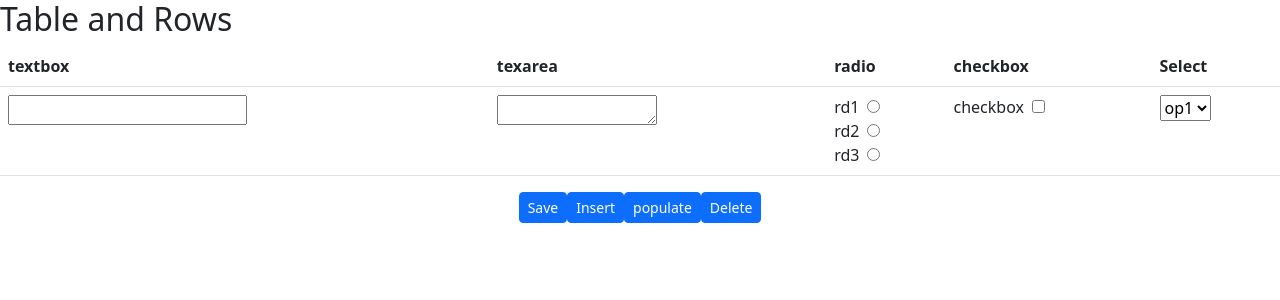
Repository: ishanbassi/iotasol-assignments
Page: /iotasol/work-8
These files come from the project's save history. The page is drawn as it stood at one moment and after the next save; the edit follows.
The browser window is 1280 px wide. The pictures show the whole page.
The project was rebuilt for these pictures with package versions that can differ from the ones it lists, and the page was loaded fresh each time. Some packages were replaced by stand-ins written for this rebuild. The framework's server and built-in components were replaced by stand-ins that run in the browser. Also part of the build but not shown: styles/global.css.

Above is the page before, as saved 2022-11-09 17:36:37.

### pages/_app.tsx
import "../styles/global.css"
import 'bootstrap/dist/css/bootstrap.min.css';
export default function App({Component,ComponentProps}){
    return(
        <Component {...ComponentProps}/>
    )
}

### pages/iotasol/work-8.tsx
import { Table, Button } from "react-bootstrap"
import { useState } from "react"
export default function App() {
    const [count, setCount] = useState(1)
    return (
        <>
            <h2>Table and Rows</h2>
            <Table>
                <thead>
                    <tr>
                        <th>textbox</th>
                        <th>texarea</th>
                        <th>radio</th>
                        <th>checkbox</th>
                        <th>Select</th>
                    </tr>
                </thead>
                <tbody>
                    <tr>
                        <td>
                            <input type="text" name="small" id="small" />
                        </td>
                        <td>
                            <textarea name="details" id="details" cols={15} rows={1}></textarea>
                        </td>
                        <td>
                            <div>
                                <label htmlFor="rd1">rd1</label>
                                <input type="radio" name="rd" id="rd1" value="rd1" />
                            </div>
                            <div>
                                <label htmlFor="rd2">rd2</label>
                                <input type="radio" name="rd" id="rd2" value="rd2" />
                            </div>
                            <div>
                                <label htmlFor="rd3">rd3</label>
                                <input type="radio" name="rd" id="rd3" value="rd3" />
                            </div>
                        </td>
                        <td>
                            <label htmlFor="check">checkbox</label>
                            <input type="checkbox" name="check" id="check" />
                        </td>
                        <td>
                            <select name="select" id="select">
                                <option value="op1">op1</option>
                                <option value="op2">op2</option>
                                <option value="op3">op3</option>
                            </select>
                        </td>
                    </tr>
                </tbody>
            </Table>
            <div className="action-btns">
                <Button  variant="primary" size="sm" type="button" name="save">Save</Button>
                <Button variant="primary" size="sm"  type="button" name="insert">Insert</Button>
                <Button  variant="primary" size="sm" type="button" name="populate">populate</Button>
                <Button  variant="primary" size="sm" type="button" name="delete">Delete</Button>
            </div>
            <style jsx>{`
                    label{
                        padding-right:.5em;
                    }
                    .action-btns{
                        text-align:center
                    }

                `}

            </style>
        </>
    )
}

After the next save:
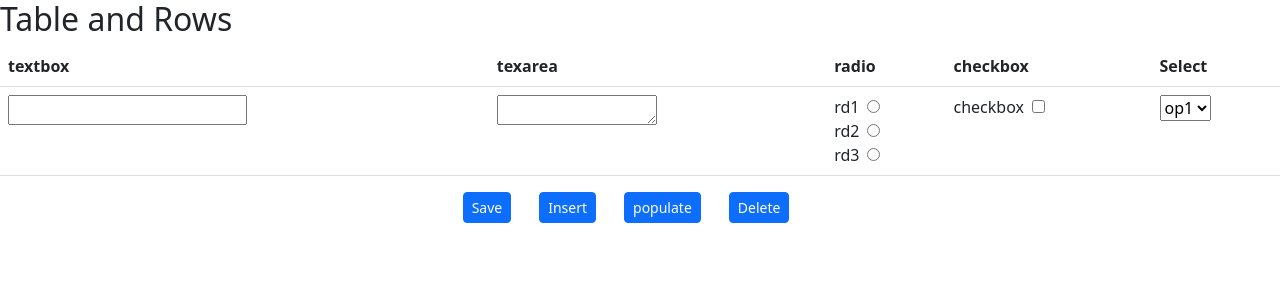
Saved 35 s later.
--- a/pages/iotasol/work-8.tsx
+++ b/pages/iotasol/work-8.tsx
@@ -63,6 +63,10 @@
                     }
                     .action-btns{
                         text-align:center
+
+                    }
+                    .action-btns > button {
+                        margin-right:2em;
                     }
 
                 `}

After the 2 saves that followed:
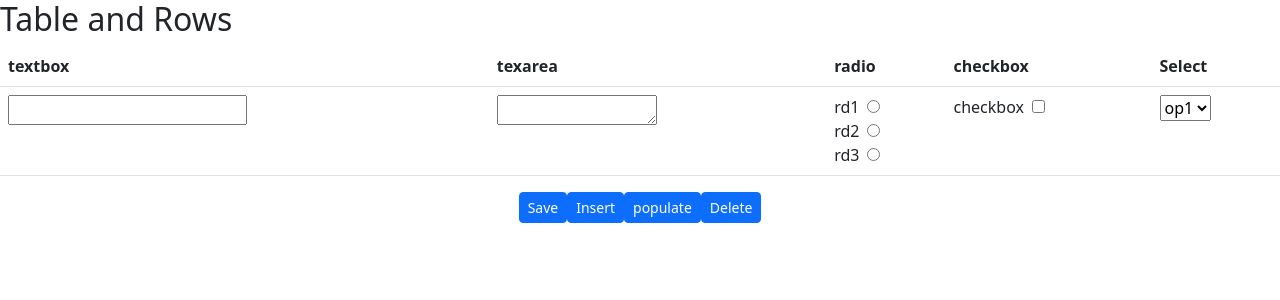
The 2 saves are shown as one change because 1 left the picture as it was.
The last was saved 18 s later.
--- a/pages/iotasol/work-8.tsx
+++ b/pages/iotasol/work-8.tsx
@@ -65,9 +65,7 @@
                         text-align:center
 
                     }
-                    .action-btns > button {
-                        margin-right:2em;
-                    }
+
 
                 `}
 
